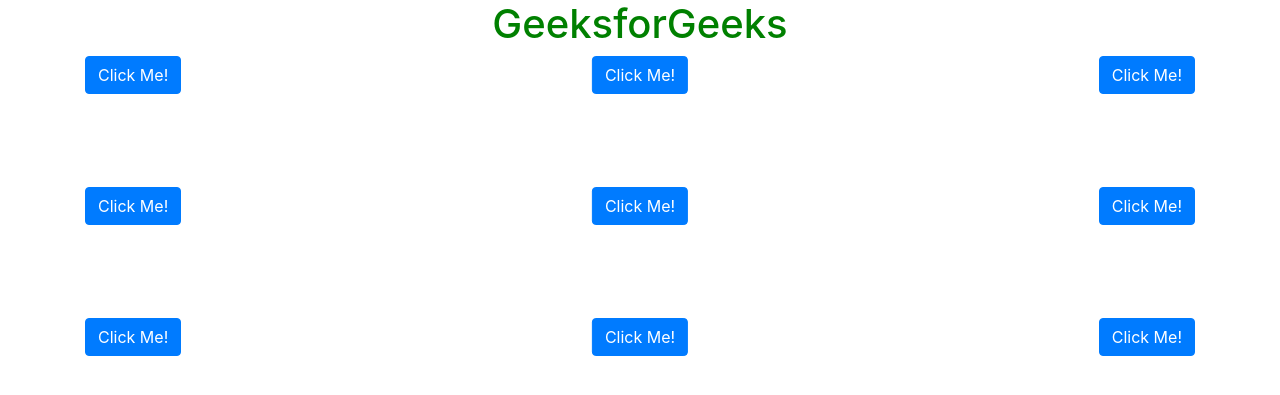
Repository: rsusolutions/RSU-Website
Page: quiz/index2.html
The author's editor kept a copy of each file at every save. The page is drawn from the files as they stood at one save, then again after the next save.
The browser window is 1280 px wide. The pictures show the whole page.
Some web libraries are served in a nearby version.

Above is the page before, as saved 2020-04-21 13:16:33.

After the next save:
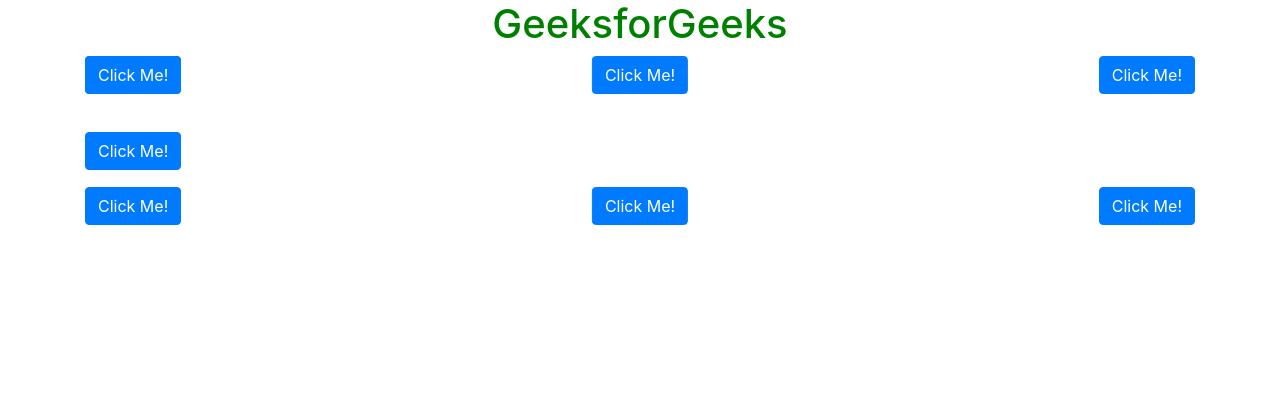
Saved 2 min 9 s later.
--- a/quiz/index2.html
+++ b/quiz/index2.html
@@ -92,13 +92,13 @@
 				<button type="button" class="btn btn-primary">Click Me!</button>
 			</div>
 
-			<div class="position-absolute bottom-left">
+			<div class="bottom-left">
 				<button type="button" class="btn btn-primary">Click Me!</button>
 			</div>
-			<div class="position-absolute bottom-center">
+			<div class="bottom-center">
 				<button type="button" class="btn btn-primary">Click Me!</button>
 			</div>
-			<div class="position-absolute bottom-right">
+			<div class="bottom-right">
 				<button type="button" class="btn btn-primary">Click Me!</button>
 			</div>
 		</div>

After the save that followed:
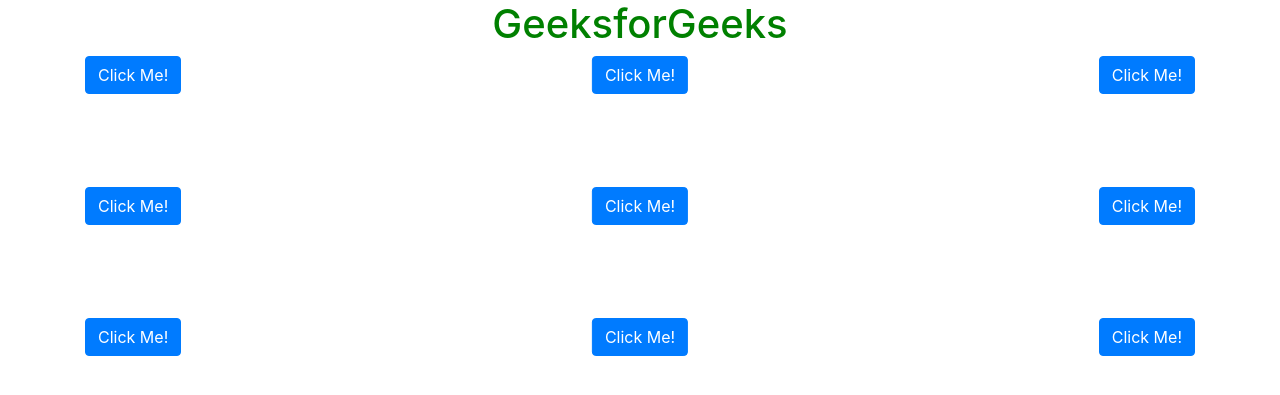
Saved 35 s later.
--- a/quiz/index2.html
+++ b/quiz/index2.html
@@ -92,13 +92,13 @@
 				<button type="button" class="btn btn-primary">Click Me!</button>
 			</div>
 
-			<div class="bottom-left">
+			<div class="position-absolute bottom-left">
 				<button type="button" class="btn btn-primary">Click Me!</button>
 			</div>
-			<div class="bottom-center">
+			<div class="position-absolute bottom-center">
 				<button type="button" class="btn btn-primary">Click Me!</button>
 			</div>
-			<div class="bottom-right">
+			<div class="position-absolute bottom-right">
 				<button type="button" class="btn btn-primary">Click Me!</button>
 			</div>
 		</div>
